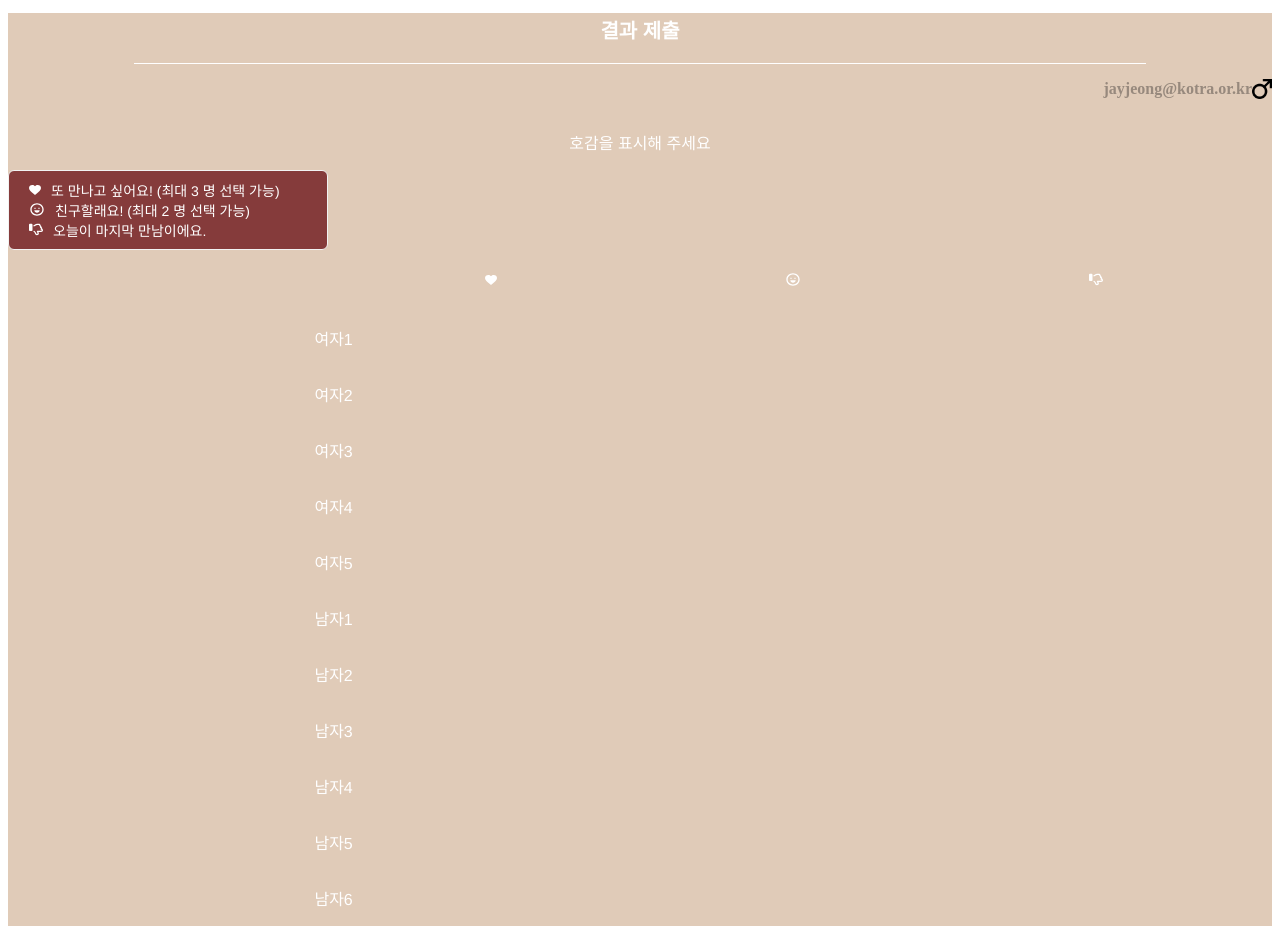
Repository: Jay-Jeong1988/speed_dating_pwa
Page: /submit_result
The author's editor kept a copy of each file at every save. The page is drawn from the files as they stood at one save, then again after a run of saves.
The browser window is 1280 px wide. The pictures show the whole page.
The project was rebuilt for these pictures with package versions that can differ from the ones it lists, and the page was loaded fresh each time. Also part of the build but not shown: vue.config.js, src/views/LoginPage.vue, src/views/DashBoard.vue, src/components/no_reservation_card.vue, src/views/BookedEventsPage.vue.

Above is the page before, as saved 2023-02-11 23:17:49.

### src/App.vue
<template>
  <router-view/>
</template>

<style>
#app {
  font-family: Avenir, Helvetica, Arial, sans-serif;
  -webkit-font-smoothing: antialiased;
  -moz-osx-font-smoothing: grayscale;
  text-align: center;
  color: #ffffff;
  background-color: #E0CBB8;
}

nav {
  padding: 30px;
}

nav a {
  font-weight: bold;
  color: #2c3e50;
}

nav a.router-link-exact-active {
  color: #42b983;
}

ul {
  list-style-type: none;
}
</style>

### src/router/index.js
import { createRouter, createWebHistory } from 'vue-router'
import LoginPage from '../views/LoginPage.vue'
import DashBoard from '../views/DashBoard.vue'
import BookedEventsPage from '../views/BookedEventsPage.vue'
import SubmitResultPage from '../views/SubmitResultPage'

const routes = [
  {
    path: '/',
    name: 'loginPage',
    component: LoginPage
  },
  {
    path: '/dashboard',
    name: 'dashBoard',
    component: DashBoard
  },
  {
    path: '/booked_events',
    name: 'Booked_events_page',
    component: BookedEventsPage
  },
  {
    path: '/submit_result',
    name: 'Submit_result_page',
    component: SubmitResultPage
  }
]

const router = createRouter({
  history: createWebHistory(process.env.BASE_URL),
  routes
})

export default router

### src/views/SubmitResultPage.vue
<template>
  <div class="SubmitResultPage">
    <Header :headerTitle="this.headerTitle"></Header>
    <p>호감을 표시해 주세요</p>
    <div class="demo-banner">
      <div><img class="interest-icon" src="../assets/images/heart.svg"/><p>또 만나고 싶어요! (최대 3 명 선택 가능)</p></div>
      <div><img class="interest-icon" src="../assets/images/smile.svg"/><p>친구할래요! (최대 2 명 선택 가능)</p></div>
      <div><img class="interest-icon" src="../assets/images/thumb_down.svg"/><p>오늘이 마지막 만남이에요.</p></div>
    </div>
    <div class="example-icons-container">
      <div class="name-buffer"></div>
      <img class="interest-icon" src="../assets/images/heart.svg"/>
      <img class="interest-icon" src="../assets/images/smile.svg"/>
      <img class="interest-icon" src="../assets/images/thumb_down.svg"/>
    </div>
    <div class="participants-list-container" v-if="participants.length">
      <ul class="participants-list" >
          <li class="participants-list-item" v-for="participant in participants" :key="participant.id">
            <p>{{ participant.name }}</p>
            <input type="radio" :id="participant.id" :name="participant.name" value="HTML"/>
            <span class="custom-radio"></span>
            <input type="radio" :id="participant.id" :name="participant.name" value="HTML"/>
            <input type="radio" :id="participant.id" :name="participant.name" value="HTML"/>
          </li>
      </ul>
    </div>
  </div>
</template>
<script>
import Header from '../components/header.vue'
import users from '../assets/test_data/users.json'
export default {
  name: 'Submit_result_page',
  props: {

  },
  data() {
    return {
      headerTitle: "결과 제출",
      participants: [],
    }
  },
  methods: {
  },
  components: { Header },
  mounted() {
    users.forEach((item)=>{
      this.participants.push(item)
    })
  }
}

</script>

<!-- Add "scoped" attribute to limit CSS to this component only -->
<style scoped lang="scss">
.demo-banner {
  box-sizing: border-box;
  width: 320px;
  height: 80px;
  background: #853B3B;
  border: 1px solid #F2F2F2;
  border-radius: 6px;
  display: flex;
  flex-direction: column;
  justify-content: center;
  padding: 20px;
  div {
    display: flex;
    justify-content: flex-start;
    align-items: center;
    .interest-icon {
      margin-right: 10px;
    }
    p {
      margin: 0;
      font-size: 14px;
    }
  }
}
.example-icons-container {
  display: flex;
  justify-content: space-around;
  align-items: center;
  padding: 20px;
  .name-buffer {
    width: 40px;
    height: 20px;
  }
  .interest-icon {
    margin-right: 10px;
  }
}
.participants-list {
  padding: 0;
  margin: 0;
  .participants-list-item {
    display: flex;
    justify-content: space-around;
    align-items: center;
    input {
      position: absolute;
      opacity: 0;
      cursor: pointer;
      height: 0;
      width: 0;
    }
  }
}
</style>

### src/components/header.vue
<template>
     <div class="page-header">
        <h1 class="title">{{ this.headerTitle }}</h1>
      </div>
      <div class="userInfo">
        <p id="emailAddress">jayjeong@kotra.or.kr</p>
        <img id="gender-icon" src="../assets/images/gender-male.png"/>
      </div>
</template>
<script>
    export default {
        name: 'Header_component',
        data() {
            return {}
        },
        props: [
            "headerTitle"
        ]
    }
</script>
<style scoped lang="scss">
    .page-header {
        width: 80%;
        margin: auto;
        border-bottom: 1px solid #fff;
        .title {
            font-weight: 700;
            font-size: 20px;
            line-height: 36px;
        }
    }
    .userInfo {
        display: flex;
        justify-content: flex-end;
        align-items: center;
        color: #97897D;
        font-family: 'Battambang';
        font-weight: 700;
        #gender-icon {
            width: 20px;
            height: 20px;
        }
    }
</style>

### src/assets/test_data/users.json
[
  {
    "id": 0,
    "gender": "F",
    "name": "여자1",
    "email_address": "sarangkim@gmail.com",
    "birthdate": "Mon, Feb 2, 2000",
    "marital_status": "single",
    "phone_number": "000-0000-0000",
    "payment_info": "",
    "lover_interested": [],
    "friend_interested": [],
    "not_interested": [],
    "booked_events": [],
    "completed_events": []
  },
  {
    "id": 1,
    "gender": "F",
    "name": "여자2",
    "email_address": "sarangkim@gmail.com",
    "birthdate": "Mon, Feb 2, 2000",
    "marital_status": "single",
    "phone_number": "000-0000-0000",
    "payment_info": "",
    "lover_interested": [],
    "friend_interested": [],
    "not_interested": [],
    "booked_events": [],
    "completed_events": []
  },
  {
    "id": 2,
    "gender": "F",
    "name": "여자3",
    "email_address": "sarangkim@gmail.com",
    "birthdate": "Mon, Feb 2, 2000",
    "marital_status": "single",
    "phone_number": "000-0000-0000",
    "payment_info": "",
    "lover_interested": [],
    "friend_interested": [],
    "not_interested": [],
    "booked_events": [],
    "completed_events": []
  },
  {
    "id": 3,
    "gender": "F",
    "name": "여자4",
    "email_address": "sarangkim@gmail.com",
    "birthdate": "Mon, Feb 2, 2000",
    "marital_status": "single",
    "phone_number": "000-0000-0000",
    "payment_info": "",
    "lover_interested": [],
    "friend_interested": [],
    "not_interested": [],
    "booked_events": [],
    "completed_events": []
  },{
    "id": 4,
    "gender": "F",
    "name": "여자5",
    "email_address": "sarangkim@gmail.com",
    "birthdate": "Mon, Feb 2, 2000",
    "marital_status": "single",
    "phone_number": "000-0000-0000",
    "payment_info": "",
    "lover_interested": [],
    "friend_interested": [],
    "not_interested": [],
    "booked_events": [],
    "completed_events": []
  },
  {
    "id": 5,
    "gender": "M",
    "name": "남자1",
    "email_address": "sarangkim@gmail.com",
    "birthdate": "Mon, Feb 2, 2000",
    "marital_status": "single",
    "phone_number": "000-0000-0000",
    "payment_info": "",
    "lover_interested": [],
    "friend_interested": [],
    "not_interested": [],
    "booked_events": [],
    "completed_events": []
  },
  {
    "id": 6,
    "gender": "M",
    "name": "남자2",
    "email_address": "sarangkim@gmail.com",
    "birthdate": "Mon, Feb 2, 2000",
    "marital_status": "single",
    "phone_number": "000-0000-0000",
    "payment_info": "",
    "lover_interested": [],
    "friend_interested": [],
    "not_interested": [],
    "booked_events": [],
    "completed_events": []
  },
  {
    "id": 7,
    "gender": "M",
    "name": "남자3",
    "email_address": "sarangkim@gmail.com",
    "birthdate": "Mon, Feb 2, 2000",
    "marital_status": "single",
    "phone_number": "000-0000-0000",
    "payment_info": "",
    "lover_interested": [],
    "friend_interested": [],
    "not_interested": [],
    "booked_events": [],
    "completed_events": []
  },
  {
    "id": 8,
    "gender": "F",
    "name": "남자4",
    "email_address": "sarangkim@gmail.com",
    "birthdate": "Mon, Feb 2, 2000",
    "marital_status": "single",
    "phone_number": "000-0000-0000",
    "payment_info": "",
    "lover_interested": [],
    "friend_interested": [],
    "not_interested": [],
    "booked_events": [],
    "completed_events": []
  },
  {
    "id": 9,
    "gender": "M",
    "name": "남자5",
    "email_address": "sarangkim@gmail.com",
    "birthdate": "Mon, Feb 2, 2000",
    "marital_status": "single",
    "phone_number": "000-0000-0000",
    "payment_info": "",
    "lover_interested": [],
    "friend_interested": [],
    "not_interested": [],
    "booked_events": [],
    "completed_events": []
  },
  {
    "id": 10,
    "gender": "M",
    "name": "남자6",
    "email_address": "sarangkim@gmail.com",
    "birthdate": "Mon, Feb 2, 2000",
    "marital_status": "single",
    "phone_number": "000-0000-0000",
    "payment_info": "",
    "lover_interested": [],
    "friend_interested": [],
    "not_interested": [],
    "booked_events": [],
    "completed_events": []
  }
]

Loaded but not shown: public/index.html (common file); src/main.js (common file); src/registerServiceWorker.js (common file)

After the next 4 saves:
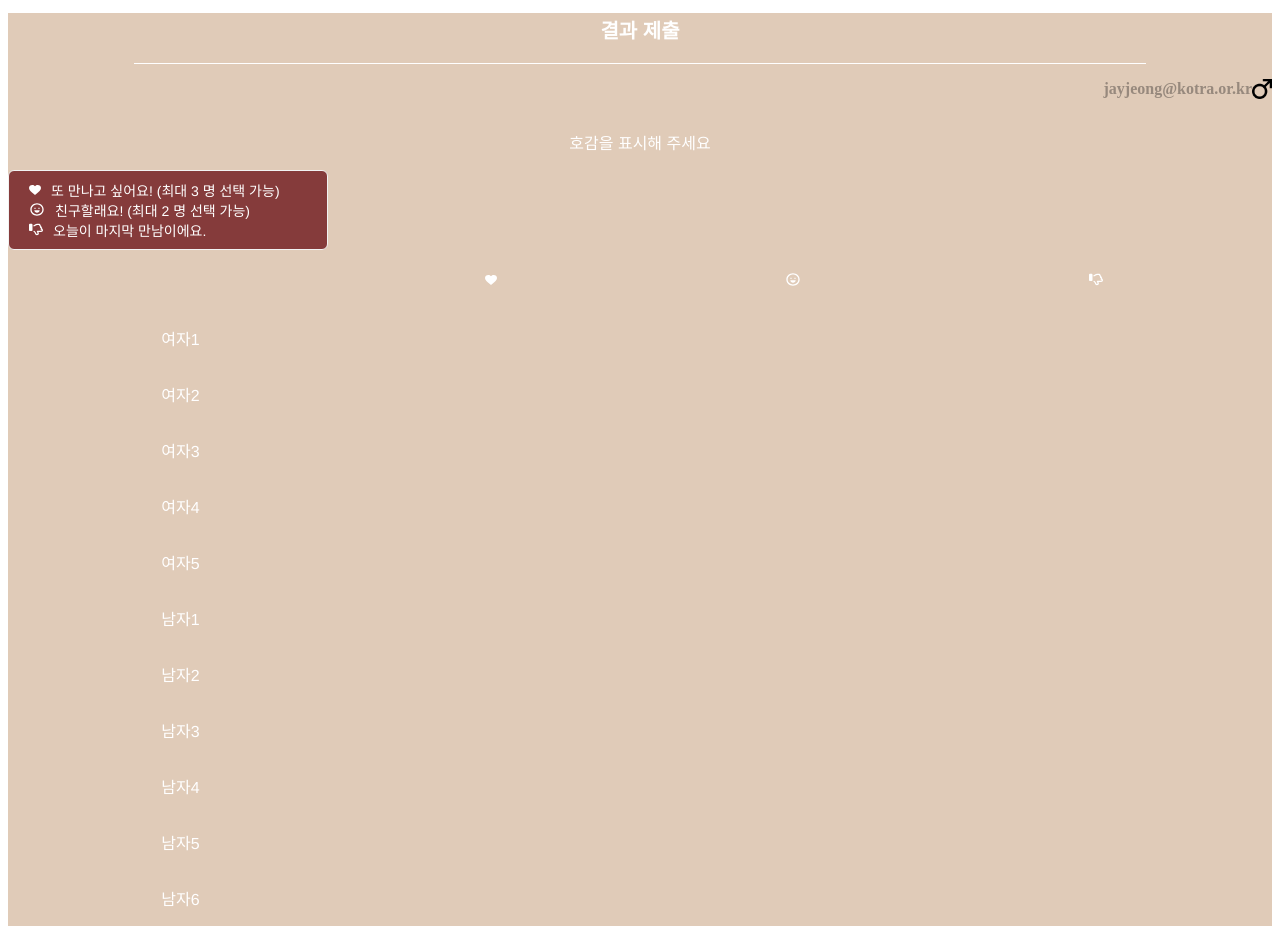
The 4 saves are shown as one change because they came seconds apart.
The last was saved 9 s later.
--- a/src/views/SubmitResultPage.vue
+++ b/src/views/SubmitResultPage.vue
@@ -20,7 +20,9 @@
             <input type="radio" :id="participant.id" :name="participant.name" value="HTML"/>
             <span class="custom-radio"></span>
             <input type="radio" :id="participant.id" :name="participant.name" value="HTML"/>
+            <span class="custom-radio"></span>
             <input type="radio" :id="participant.id" :name="participant.name" value="HTML"/>
+            <span class="custom-radio"></span>
           </li>
       </ul>
     </div>
